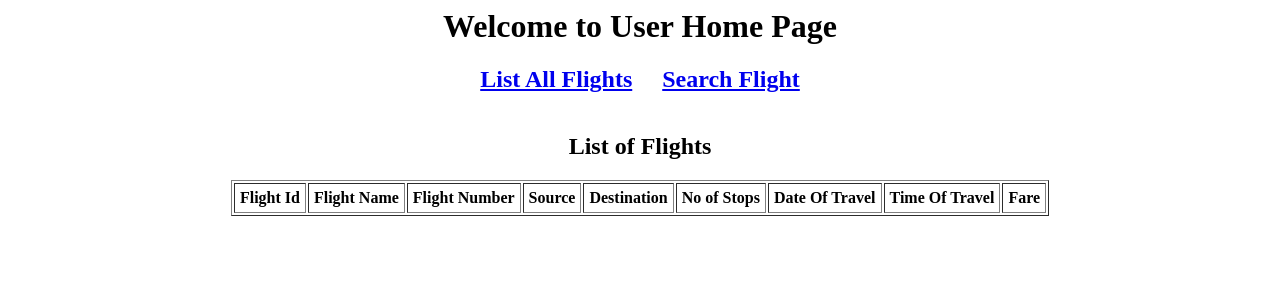
Repository: pawankas/Java_Mini_Project
Page: http://localhost/AirReservation/userHome.jsp
These files come from the project's save history. The page is drawn as it stood at one moment and after the next save; the edit follows.
The browser window is 1280 px wide. The pictures show the whole page.
The page is served by Tomcat 9. Other server files are loaded and not shown.

Above is the page before, as saved 2022-03-17 09:35:16.

### Mini_Project_Java/AirReservation/WebContent/userHome.jsp
<%@ page language="java" contentType="text/html; charset=UTF-8"
    pageEncoding="UTF-8"%>
<%@ taglib uri="http://java.sun.com/jsp/jstl/core" prefix="c" %>
<html>
<head>
    <title>Flight Reservation System</title>
</head>
<body>
    <center>
        <h1>Welcome to User Home Page</h1>

    </center>
        <center>

        <h2>

            <a href="list">List All Flights</a>
             &nbsp;&nbsp;&nbsp;
            <a href="searchByName.jsp">Search Flight</a>

        </h2>
    </center>
    <div align="center">
        <table border="1" cellpadding="5">
            <caption><h2>List of Flights</h2></caption>
            <tr>
                <th>Flight Id</th>
                <th>Flight Name</th>
                <th>Flight Number</th>
                <th>Source</th>
                <th>Destination</th>
                <th>No of Stops</th>
                <th>Date Of Travel</th>
                <th>Time Of Travel</th>
                <th>Fare</th>
            </tr>
          <c:forEach var="flight" items="${userList}">

                                <tr>
                                    <td>
                                        <c:out value="${flight.flightId}" />
                                    </td>
                                    <td>
                                        <c:out value="${flight.flightName}" />
                                    </td>
                                    <td>
                                        <c:out value="${flight.flightNumber}" />
                                    </td>
                                    <td>
                                        <c:out value="${flight.source}" />
                                    </td>
                                    <td>
                                        <c:out value="${flight.destination}" />
                                    </td>
                                    <td>
                                        <c:out value="${flight.noOfStops}" />
                                    </td>
                                    <td>
                                        <c:out value="${flight.date}" />
                                    </td>
                                    <td>
                                        <c:out value="${flight.time}" />
                                    </td>
                                    <td>
                                        <c:out value="${flight.price}" />
                                    </td>

                                </tr>
                            </c:forEach>

        </table>
    </div>

</body>
</html>

After the next save:
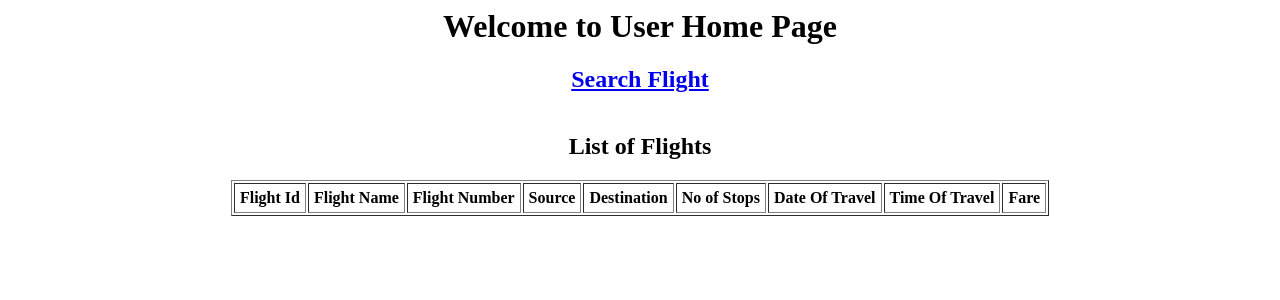
Saved 6 min 21 s later.
--- a/Mini_Project_Java/AirReservation/WebContent/userHome.jsp
+++ b/Mini_Project_Java/AirReservation/WebContent/userHome.jsp
@@ -14,8 +14,7 @@
 
         <h2>
 
-            <a href="list">List All Flights</a>
-             &nbsp;&nbsp;&nbsp;
+
             <a href="searchByName.jsp">Search Flight</a>
 
         </h2>
